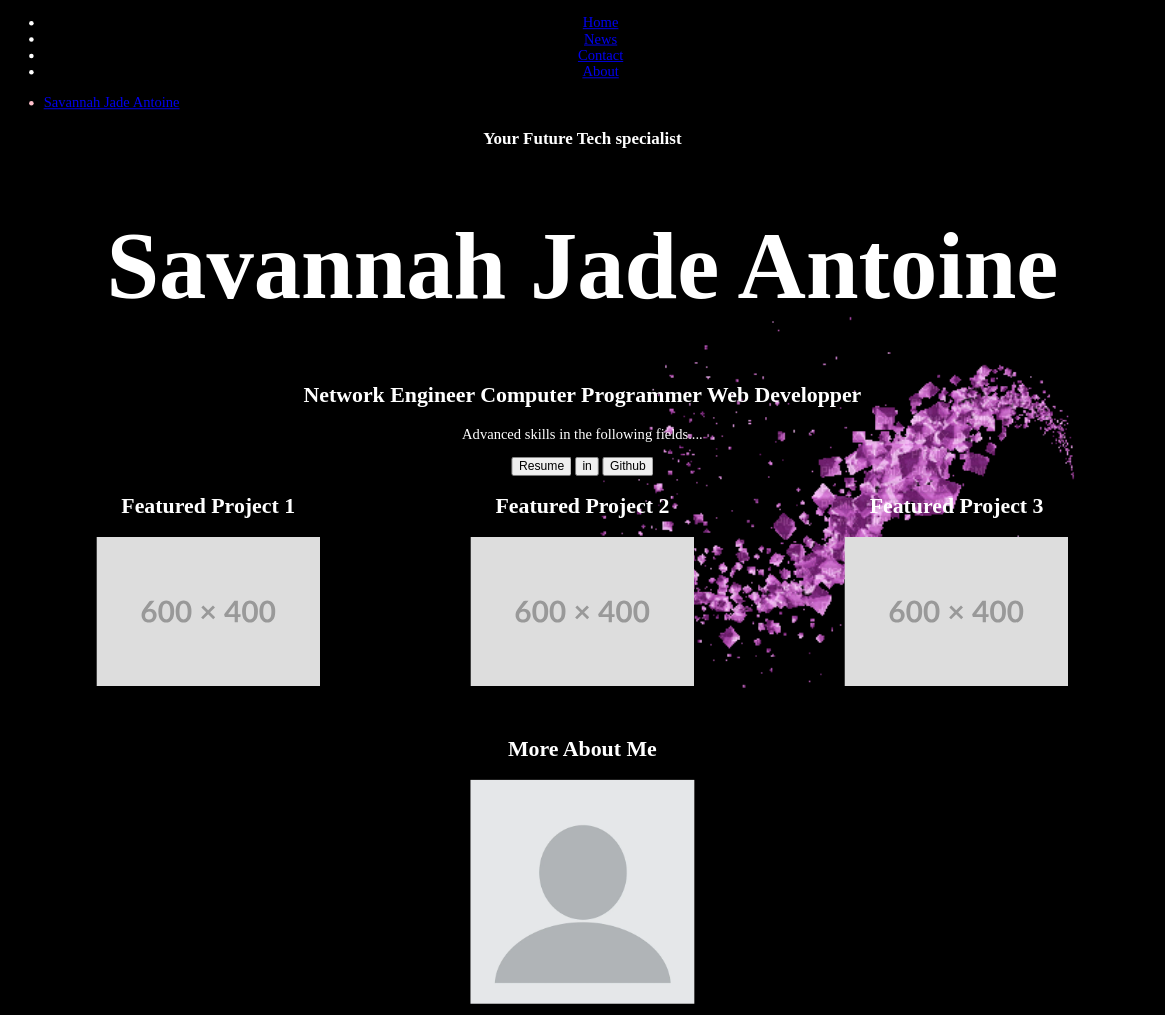
Repository: Savannah-Antoine/Savannah-Antoine
Page: index.html
These files come from the project's save history. The page is drawn as it stood at one moment and after the next save; the edit follows.
The browser window is 1280 px wide. The pictures show the whole page, at 91% of full size.

Above is the page before, as saved 2026-05-05 15:16:02.

After the next save:
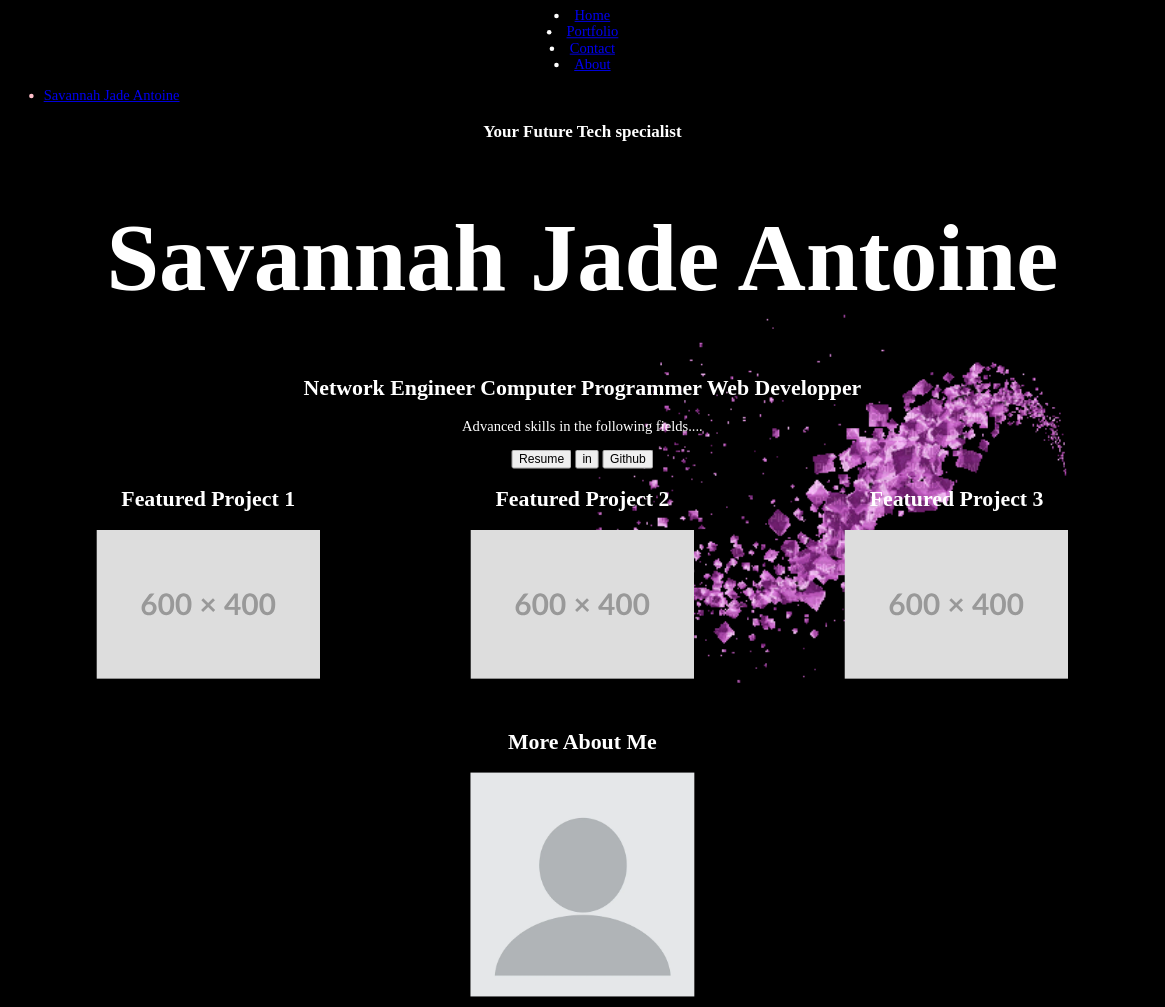
Saved 2 min 43 s later.
--- a/index.html
+++ b/index.html
@@ -10,12 +10,12 @@
 <body>
 <header>
     <nav>
-        <ul>
-  <li><a href="default.asp">Home</a></li>
-  <li><a href="news.asp">News</a></li>
+
+  <li><a href="index.html">Home</a></li>
+  <li><a href="portfolioPage.html">Portfolio</a></li>
   <li><a href="contact.asp">Contact</a></li>
   <li><a href="about.asp">About</a></li>
-</ul>
+
         <ul class = "homeButton">
            <li><a   href = "index.html">Savannah Jade Antoine</a></li>
         </ul>

After the save that followed:
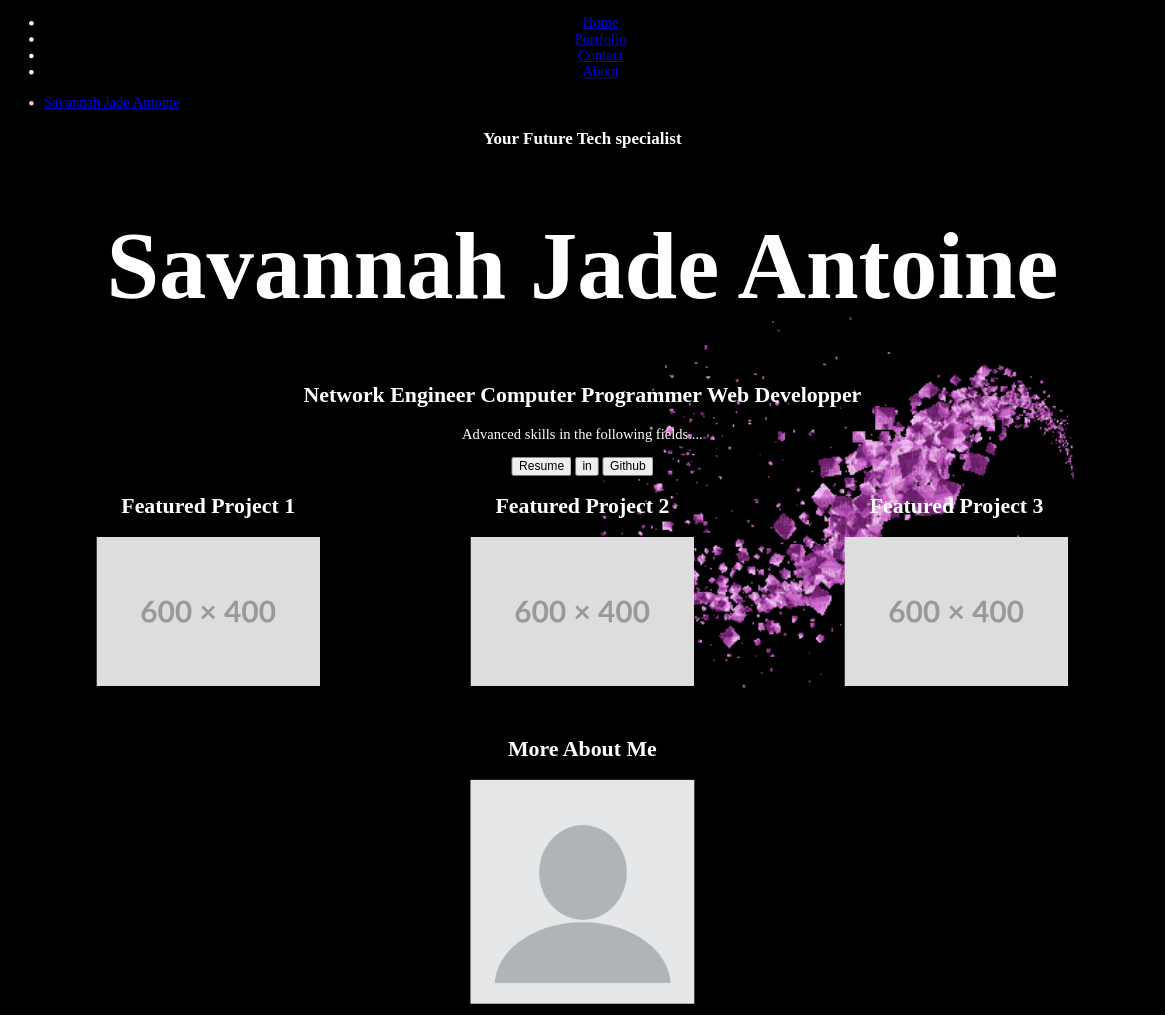
Saved 79 s later.
--- a/index.html
+++ b/index.html
@@ -10,12 +10,12 @@
 <body>
 <header>
     <nav>
-
+        <ul>
   <li><a href="index.html">Home</a></li>
   <li><a href="portfolioPage.html">Portfolio</a></li>
   <li><a href="contact.asp">Contact</a></li>
   <li><a href="about.asp">About</a></li>
-
+</ul>
         <ul class = "homeButton">
            <li><a   href = "index.html">Savannah Jade Antoine</a></li>
         </ul>
